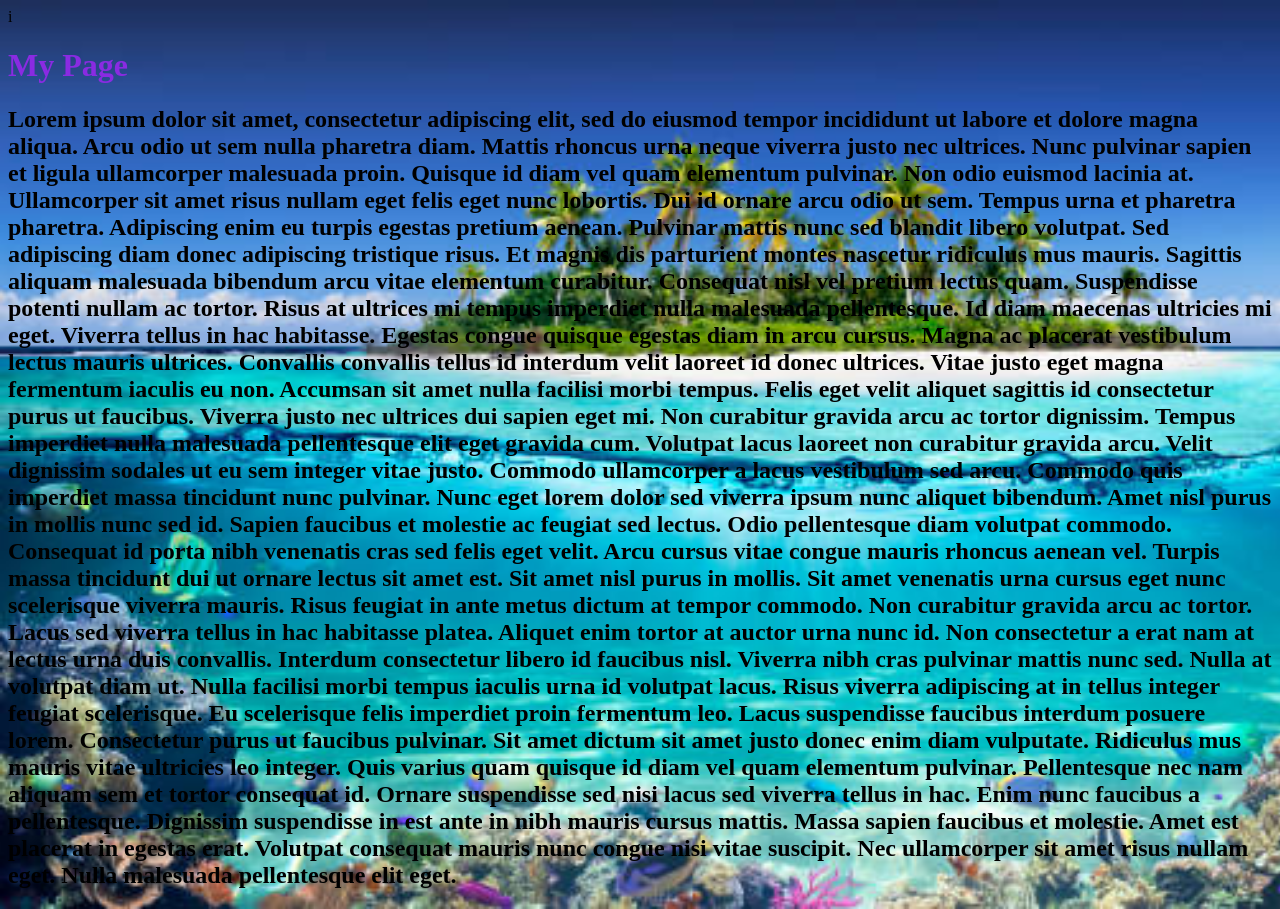
Repository: MelindaN14/My-Personal-Website
Page: portfolio.html
An editor plug-in stored every save of this project. The page is shown before and after a run of saves, followed by the edit.
The browser window is 1280 px wide. The pictures show the whole page.

Above is the page before, as saved 2024-03-18 21:18:02.

### portfolio.html
<!DOCTYPE html>
<html lang="en">
<head>
    <meta charset="UTF-8">
    <meta name="viewport" content="width=device-width, initial-scale=1.0">
    <title>Portfolio</title>
</head>
<link rel="stylesheet" a href="style.css">
i


<body>
    <h1>My Page</h1>
    <h2>Lorem ipsum dolor sit amet, consectetur adipiscing elit, sed do eiusmod tempor incididunt ut labore et dolore magna aliqua. Arcu odio ut sem nulla pharetra diam. Mattis rhoncus urna neque viverra justo nec ultrices. Nunc pulvinar sapien et ligula ullamcorper malesuada proin. Quisque id diam vel quam elementum pulvinar. Non odio euismod lacinia at. Ullamcorper sit amet risus nullam eget felis eget nunc lobortis. Dui id ornare arcu odio ut sem. Tempus urna et pharetra pharetra. Adipiscing enim eu turpis egestas pretium aenean. Pulvinar mattis nunc sed blandit libero volutpat. Sed adipiscing diam donec adipiscing tristique risus. Et magnis dis parturient montes nascetur ridiculus mus mauris. Sagittis aliquam malesuada bibendum arcu vitae elementum curabitur. Consequat nisl vel pretium lectus quam. Suspendisse potenti nullam ac tortor. Risus at ultrices mi tempus imperdiet nulla malesuada pellentesque.

Id diam maecenas ultricies mi eget. Viverra tellus in hac habitasse. Egestas congue quisque egestas diam in arcu cursus. Magna ac placerat vestibulum lectus mauris ultrices. Convallis convallis tellus id interdum velit laoreet id donec ultrices. Vitae justo eget magna fermentum iaculis eu non. Accumsan sit amet nulla facilisi morbi tempus. Felis eget velit aliquet sagittis id consectetur purus ut faucibus. Viverra justo nec ultrices dui sapien eget mi. Non curabitur gravida arcu ac tortor dignissim. Tempus imperdiet nulla malesuada pellentesque elit eget gravida cum. Volutpat lacus laoreet non curabitur gravida arcu. Velit dignissim sodales ut eu sem integer vitae justo.

Commodo ullamcorper a lacus vestibulum sed arcu. Commodo quis imperdiet massa tincidunt nunc pulvinar. Nunc eget lorem dolor sed viverra ipsum nunc aliquet bibendum. Amet nisl purus in mollis nunc sed id. Sapien faucibus et molestie ac feugiat sed lectus. Odio pellentesque diam volutpat commodo. Consequat id porta nibh venenatis cras sed felis eget velit. Arcu cursus vitae congue mauris rhoncus aenean vel. Turpis massa tincidunt dui ut ornare lectus sit amet est. Sit amet nisl purus in mollis. Sit amet venenatis urna cursus eget nunc scelerisque viverra mauris.

Risus feugiat in ante metus dictum at tempor commodo. Non curabitur gravida arcu ac tortor. Lacus sed viverra tellus in hac habitasse platea. Aliquet enim tortor at auctor urna nunc id. Non consectetur a erat nam at lectus urna duis convallis. Interdum consectetur libero id faucibus nisl. Viverra nibh cras pulvinar mattis nunc sed. Nulla at volutpat diam ut. Nulla facilisi morbi tempus iaculis urna id volutpat lacus. Risus viverra adipiscing at in tellus integer feugiat scelerisque.

Eu scelerisque felis imperdiet proin fermentum leo. Lacus suspendisse faucibus interdum posuere lorem. Consectetur purus ut faucibus pulvinar. Sit amet dictum sit amet justo donec enim diam vulputate. Ridiculus mus mauris vitae ultricies leo integer. Quis varius quam quisque id diam vel quam elementum pulvinar. Pellentesque nec nam aliquam sem et tortor consequat id. Ornare suspendisse sed nisi lacus sed viverra tellus in hac. Enim nunc faucibus a pellentesque. Dignissim suspendisse in est ante in nibh mauris cursus mattis. Massa sapien faucibus et molestie. Amet est placerat in egestas erat. Volutpat consequat mauris nunc congue nisi vitae suscipit. Nec ullamcorper sit amet risus nullam eget. Nulla malesuada pellentesque elit eget.</h2>
</body>
</html>

### style.css
h1 {
  color: blueviolet;
}
p {
  color: magenta;
}

body {
  background-image: url("Island.jpg");
  background-size: cover;
}
img {
  opacity: 0.2;
}

After the next 2 saves:
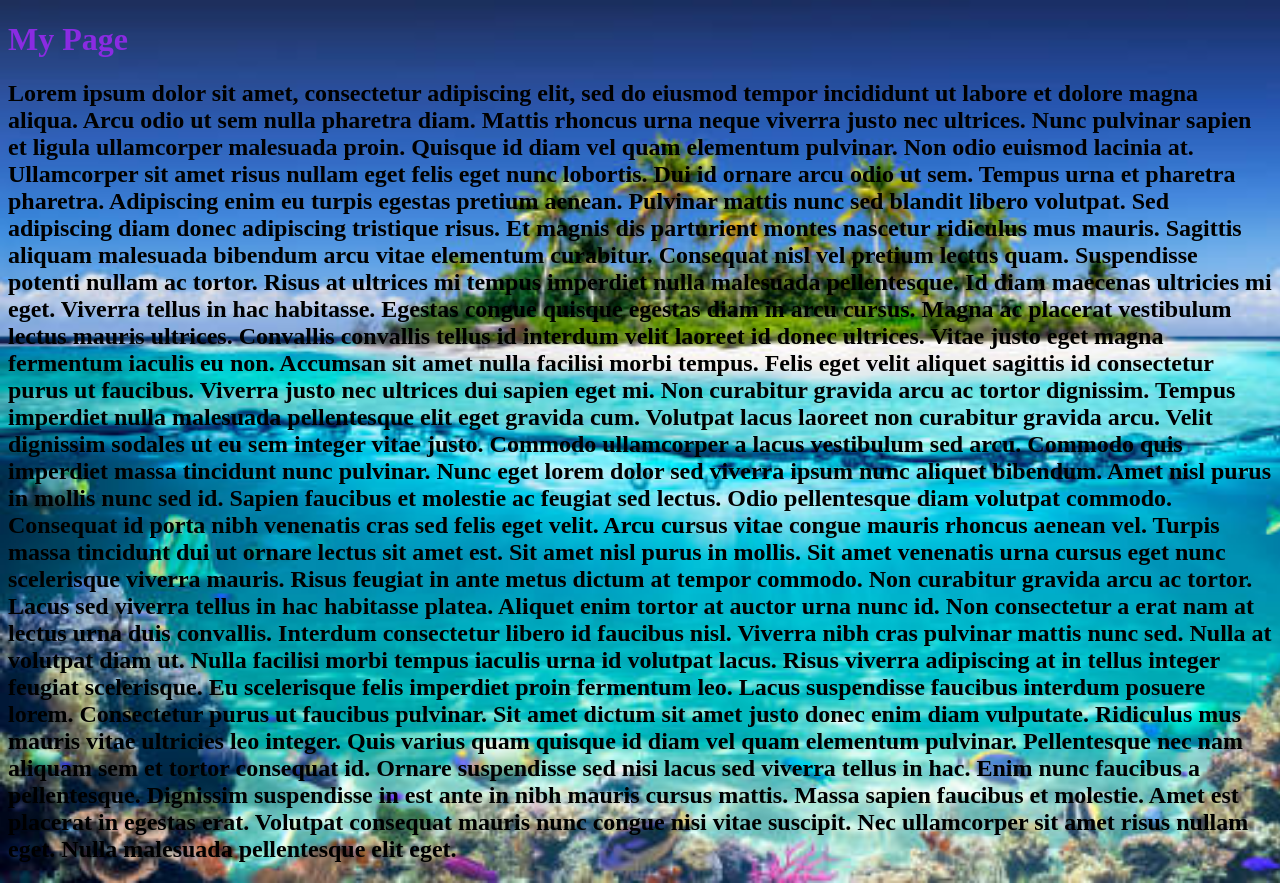
The 2 saves are shown as one change because they came seconds apart.
The last was saved 7 s later.
--- a/portfolio.html
+++ b/portfolio.html
@@ -6,9 +6,6 @@
     <title>Portfolio</title>
 </head>
 <link rel="stylesheet" a href="style.css">
-i
-
-
 <body>
     <h1>My Page</h1>
     <h2>Lorem ipsum dolor sit amet, consectetur adipiscing elit, sed do eiusmod tempor incididunt ut labore et dolore magna aliqua. Arcu odio ut sem nulla pharetra diam. Mattis rhoncus urna neque viverra justo nec ultrices. Nunc pulvinar sapien et ligula ullamcorper malesuada proin. Quisque id diam vel quam elementum pulvinar. Non odio euismod lacinia at. Ullamcorper sit amet risus nullam eget felis eget nunc lobortis. Dui id ornare arcu odio ut sem. Tempus urna et pharetra pharetra. Adipiscing enim eu turpis egestas pretium aenean. Pulvinar mattis nunc sed blandit libero volutpat. Sed adipiscing diam donec adipiscing tristique risus. Et magnis dis parturient montes nascetur ridiculus mus mauris. Sagittis aliquam malesuada bibendum arcu vitae elementum curabitur. Consequat nisl vel pretium lectus quam. Suspendisse potenti nullam ac tortor. Risus at ultrices mi tempus imperdiet nulla malesuada pellentesque.
